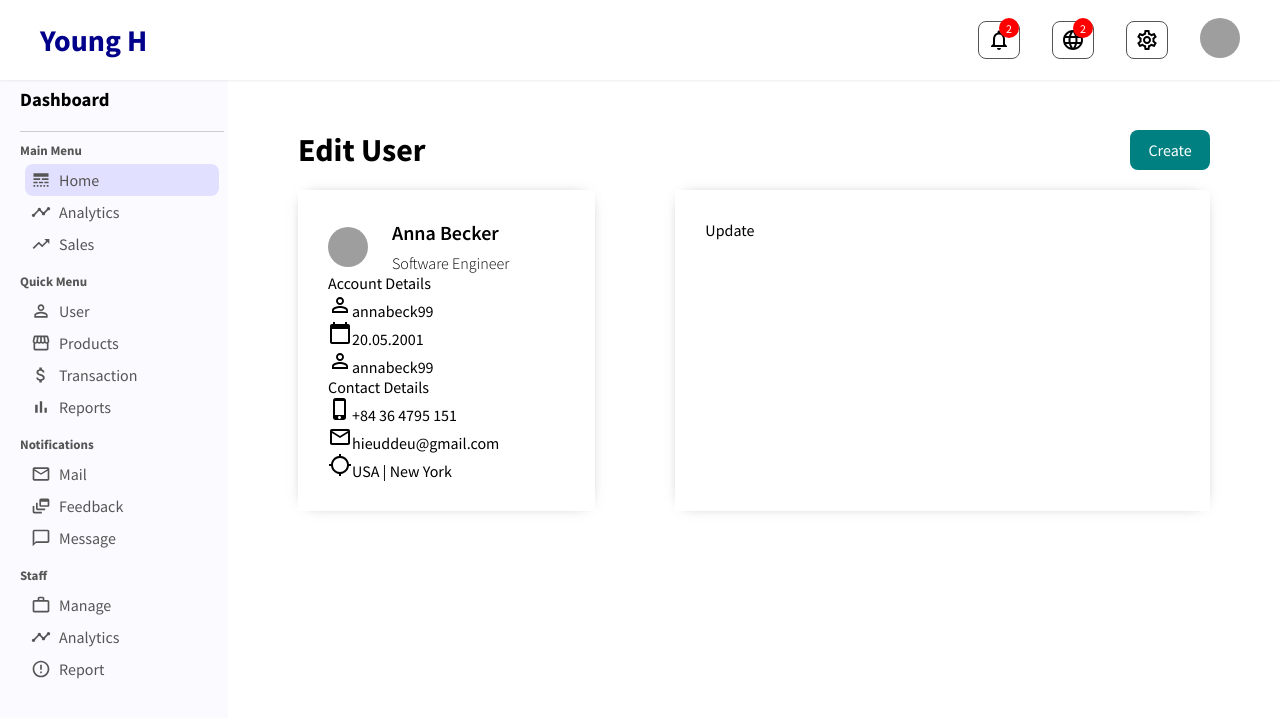
Repository: noname20011/admin
Page: /user/1
These files come from the project's save history. The page is drawn as it stood at one moment and after a run of saves; the edit follows.
The browser window is 1280 px wide. The pictures show the whole page.
Pictures or frames that could not be fetched are drawn as grey boxes. The project was rebuilt for these pictures with package versions that can differ from the ones it lists, and the page was loaded fresh each time. Also part of the build but not shown: src/pages/home/home.css, src/comopnents/featureInfo/feature.css, src/comopnents/featureInfo/Feature.jsx, src/comopnents/chart/chart.css, src/comopnents/chart/Chart.jsx, src/comopnents/widgetSm/widgetSm.css, src/comopnents/widgetSm/WidgetSm.jsx, src/comopnents/widgetLg/widgetLg.css and 5 more.

Above is the page before, as saved 2021-11-14 14:16:15.

### public/index.html
<!DOCTYPE html>
<html lang="en">
  <head>
    <meta charset="utf-8" />
    <meta name="viewport" content="width=device-width, initial-scale=1" />
    <meta name="theme-color" content="#000000" />
    <meta
      name="description"
      content="Web site created using create-react-app"
    />
    <!-- GOOGLE FONTS -->
    <link href="https://fonts.googleapis.com/css2?family=Source+Sans+Pro:wght@200;300;400;600;700;900&display=swap" rel="stylesheet">
    <style>
      * {
        font-family: 'Source Sans Pro', sans-serif;
        padding: 0;
        margin: 0;
      }
    </style>
    <title>React Admin App</title>
  </head>
  <body>
    <div id="root"></div>
  </body>
</html>

### src/App.js
import Topbar from "./comopnents/topbar/Topbar";
import Sidebar from "./comopnents/sidebar/Sidebar";
import Home from "./pages/home/Home.jsx"
import UserList from "./pages/userList/UserList";
import User from "./pages/user/User";
import './app.css'

import {BrowserRouter as Router, Routes , Route} from "react-router-dom"
function App() {
  return (
    <div>
      <Router>
        <Topbar/>
        <div className="container">
          <Sidebar/>
          <Routes >
            <Route path="/" exact element={<Home/>}/>
            <Route path="/users" exact element={<UserList/>}/>
            <Route path="/user/:userId" exact element={<User/>}/>
          </Routes>
        </div>
      </Router>
    </div>
  );
}

export default App;

### src/comopnents/topbar/Topbar.jsx
import React from 'react'
import './topbar.css'

import { Language, NotificationsNone, SettingsOutlined  } from '@material-ui/icons'

export default function Topbar() {
    return (
        <div className="topbar">
            <div className="topbarWrapper">
                <div className="topLeft">
                    <div className="logo">Young H</div>
                </div>
                <div className="topRight">
                    <div className="topbarIconContainer">
                        <NotificationsNone/>
                        <div className="topIconsBadge">2</div>
                    </div>
                    <div className="topbarIconContainer">
                        <Language/>
                        <div className="topIconsBadge">2</div>
                    </div>
                    <div className="topbarIconContainer">
                        <SettingsOutlined/>
                    </div>
                    <div>
                        <img src="https://images.pexels.com/photos/1526814/pexels-photo-1526814.jpeg?auto=compress&cs=tinysrgb&dpr=2&w=500" alt="admin" className="topAvatar"/>
                    </div>
                </div>
            </div>
        </div>
    )
}

### src/comopnents/sidebar/Sidebar.jsx
import { AttachMoney, BarChart, ChatBubbleOutline, DynamicFeed, ErrorOutline, LineStyle, MailOutlined, PersonOutline, Storefront, Timeline, TrendingUp,  WorkOutlineOutlined } from '@material-ui/icons'
import React from 'react'
import "./sidebar.css"
export default function Sidebar() {
    return (
        <div className="sidebar">
            <div className="sidebarWrapper">
                <h3 className="sidebarTitle">Dashboard</h3>
                <div className="sidebarMenu">
                    <h4 className="sidebarMenuTitle">Main Menu</h4>
                    <ul className="sidebarLists">
                        <li className="sidebarListItem active">
                            <LineStyle className="sidebarIcon"/>
                            Home
                        </li>
                        <li className="sidebarListItem">
                            <Timeline className="sidebarIcon"/>
                            Analytics
                        </li>
                        <li className="sidebarListItem">
                            <TrendingUp className="sidebarIcon"/>
                            Sales
                        </li>
                    </ul>
                </div>
                <div className="sidebarMenu">
                    <h4 className="sidebarMenuTitle">Quick Menu</h4>
                    <ul className="sidebarLists">
                        <li className="sidebarListItem">
                            <PersonOutline className="sidebarIcon"/>
                            User
                        </li>
                        <li className="sidebarListItem">
                            <Storefront className="sidebarIcon"/>
                            Products
                        </li>
                        <li className="sidebarListItem">
                            <AttachMoney className="sidebarIcon"/>
                            Transaction
                        </li>
                        <li className="sidebarListItem">
                            <BarChart className="sidebarIcon"/>
                            Reports
                        </li>
                    </ul>
                </div>
                <div className="sidebarMenu">
                    <h4 className="sidebarMenuTitle">Notifications</h4>
                    <ul className="sidebarLists">
                        <li className="sidebarListItem">
                            <MailOutlined className="sidebarIcon"/>
                            Mail
                        </li>
                        <li className="sidebarListItem">
                            <DynamicFeed className="sidebarIcon"/>
                            Feedback
                        </li>
                        <li className="sidebarListItem">
                            <ChatBubbleOutline className="sidebarIcon"/>
                            Message
                        </li>
                    </ul>
                </div>
                <div className="sidebarMenu">
                    <h4 className="sidebarMenuTitle">Staff</h4>
                    <ul className="sidebarLists">
                        <li className="sidebarListItem">
                            <WorkOutlineOutlined className="sidebarIcon"/>
                            Manage
                        </li>
                        <li className="sidebarListItem">
                            <Timeline className="sidebarIcon"/>
                            Analytics
                        </li>
                        <li className="sidebarListItem">
                            <ErrorOutline className="sidebarIcon"/>
                            Report
                        </li>
                    </ul>
                </div>
            </div>
        </div>
    )
}

### src/pages/user/User.jsx
import { CalendarToday, LocationSearching, MailOutline, PersonOutline, PhoneIphone } from "@material-ui/icons"
import "./user.css"

export default function User() {
    return (
        <div className="user">
            <div className="userTitleContainer">
                <h1 className="useTitle">Edit User</h1>
                <button className="userAddBtn">
                    Create
                </button>
            </div>
            <div className="userContainer">
                <div className="userShow">
                    <div className="userShowTop">
                        <img src="https://images.pexels.com/photos/1152994/pexels-photo-1152994.jpeg?auto=compress&cs=tinysrgb&dpr=2&w=500" alt="" className="userShowImg" />
                        <div className="userShowTopInfo">
                            <span className="userShowName">Anna Becker</span>
                            <span className="userShowJob">Software Engineer</span>
                        </div>
                    </div>
                    <div className="userShowBottom">
                        <span className="userShowTitle">Account Details</span>
                        <div className="userShowBottomInfo">
                            <PersonOutline/>
                            <span className="userShowInfo">annabeck99</span>
                        </div>
                        <div className="userShowBottomInfo">
                            <CalendarToday/>
                            <span className="userShowInfo">20.05.2001</span>
                        </div>
                        <div className="userShowBottomInfo">
                            <PersonOutline/>
                            <span className="userShowInfo">annabeck99</span>
                        </div>
                        <span className="userShowTitle">Contact Details</span>
                        <div className="userShowBottomInfo">
                            <PhoneIphone/>
                            <span className="userShowInfo">+84 36 4795 151</span>
                        </div>
                        <div className="userShowBottomInfo">
                            <MailOutline/>
                            <span className="userShowInfo">hieuddeu@gmail.com</span>
                        </div>
                        <div className="userShowBottomInfo">
                            <LocationSearching/>
                            <span className="userShowInfo">USA | New York</span>
                        </div>
                    </div>
                </div>
                <div className="userUpdate">
                    Update
                </div>
            </div>
        </div>
    )
}

### src/app.css
ul, li {
    list-style: none;
}

a {
    text-decoration: none;
}

.container {
    display: flex;
}

.other {
    flex: 4;
}

button, input {
    border: none;
    outline: none;
}

### src/comopnents/topbar/topbar.css
.topbar {
    width: 100%;
    height: 80px;
    background: #fff;
    box-shadow: 0 .5px 2px rgba(0, 0, 0, 0.07);

    position: sticky;
    top: 0;
    z-index: 1000;
}

.topbarWrapper {
    height: 100%;
    padding: 0 40px;
    display: flex;
    justify-content: space-between;
    align-items: center;
}

.logo {
    font-weight: bold;
    font-size: 30px;
    color: darkblue;
    cursor: pointer;
}

.topRight {
    display: flex;
    align-items: center;
    column-gap: 2rem;
}
.topbarIconContainer {
    position: relative;
    cursor: pointer;
    width: 40px;
    height: 36px;
    border: 1px solid #555;
    border-radius: .5rem;
    display: flex;
    align-items: center;
    justify-content: center;
}

.topbarIconContainer:hover {
    background-color: rgb(248, 246, 246);
}

.topIconsBadge {
    font-size: 12px;
    position: absolute;
    top: -4px;
    right: 0px;

    width: 20px;
    height: 20px;
    background-color: red;
    color: #fff;
    border-radius: 50%;

    display: flex;
    place-content: center;
    place-items: center;
}

.topAvatar {
    width: 40px;
    height: 40px;
    object-fit: cover;
    border-radius: 50%;
    cursor: pointer;
}

### src/comopnents/sidebar/sidebar.css
.sidebar {
    flex: 1;
    background-color: rgb(251, 251, 255);
    position: sticky;
    top: 80px;
    height: calc(100vh - 80px);
}

.sidebarWrapper {
    padding: 8px 4px 0 20px;
}

.sidebarTitle {
    padding-bottom: 20px;
    margin-bottom: 10px;
    border-bottom: 1px solid #ccc;
}

.sidebarMenu {
    margin-bottom: 8px;
}

.sidebarMenuTitle {
    color: #555;
    font-size: 13px;
}

.sidebarLists {
    padding: 5px;
}

.sidebarListItem {
    display: flex;
    align-items: center;
    column-gap: .5rem;

    padding: 6px;
    color: #555;
    cursor: pointer;
    border-radius: .5rem;
}

.sidebarListItem.active,
.sidebarListItem:hover {
    background-color: rgb(225, 225, 255);
}

.sidebarIcon {
    font-size: 20px!important;
}

### src/pages/user/user.css
.user {
    flex: 4;
    margin: 20px 40px;
    padding: 30px;
}

.userTitleContainer {
    display: flex;
    justify-content: space-between;
}

.userAddBtn {
    width: 80px;
    border-radius: .5rem;
    background-color: teal;
    padding: 5px;

    color: #fff;
    font-size: 16px;
    cursor: pointer;

}
.userContainer {
    display: flex;
    justify-content: space-between;
    column-gap: 5rem;
}
.userShow {
    flex: 1;
    margin: 20px 0;
    padding: 30px;
    -webkit-box-shadow: 0px 0px 15px -10px rgba(0, 0, 0, 0.75);
    box-shadow: 0px 0px 15px -10px rgba(0, 0, 0, 0.75);
}

.userShowTop {
    display: flex;
    column-gap: 1.5rem;
    align-items: center;
}

.userShowTopInfo {
    display: flex;
    flex-direction: column;
    row-gap: .5rem;
}

.userShowName {
    font-size: 20px;
    font-weight: 600;
}

.userShowJob {
    font-size: 16px;
    font-weight: 300;
}
.userShowImg {
    width: 40px;
    height: 40px;
    border-radius: 50%;
    object-fit: cover;
}
.userShowBottom {
}

.userUpdate {
    flex: 2;
    margin: 20px 0;
    padding: 30px;
    -webkit-box-shadow: 0px 0px 15px -10px rgba(0, 0, 0, 0.75);
    box-shadow: 0px 0px 15px -10px rgba(0, 0, 0, 0.75);
}

Loaded but not shown: src/index.js (common file)

After the next 2 saves:
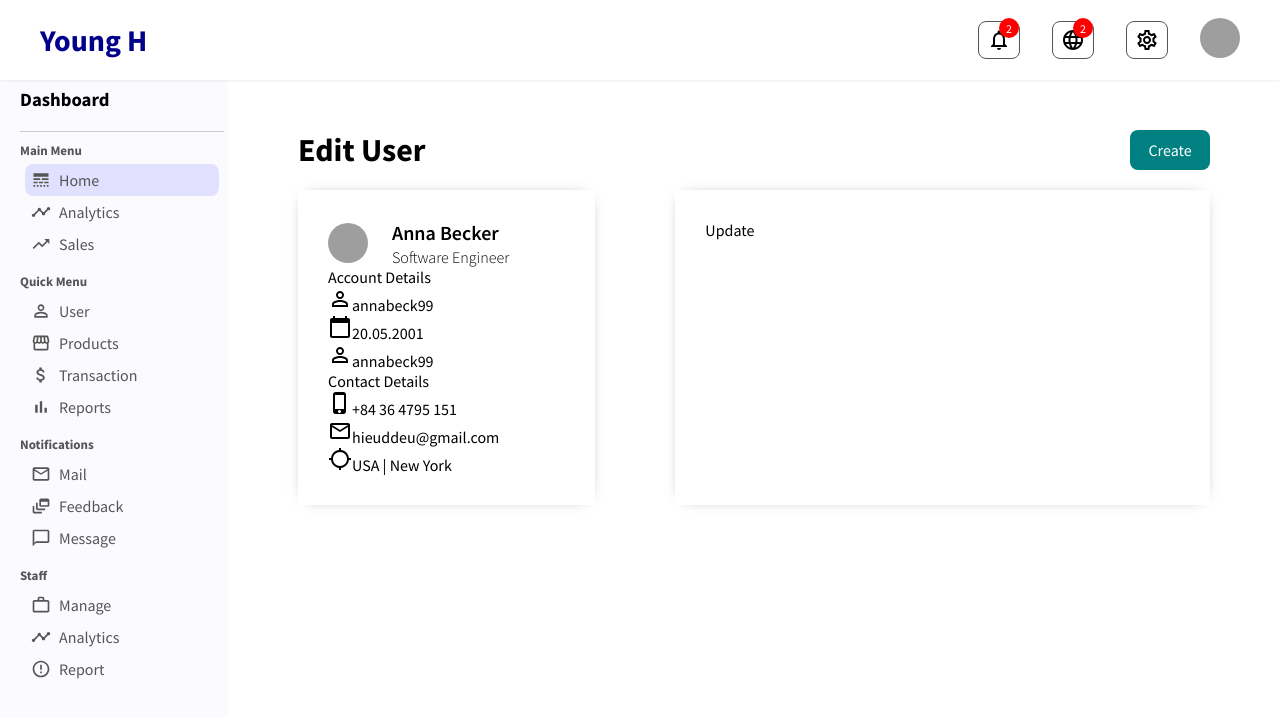
The 2 saves are shown as one change because they came seconds apart.
The last was saved 8 s later.
--- a/src/pages/user/user.css
+++ b/src/pages/user/user.css
@@ -42,7 +42,7 @@
 .userShowTopInfo {
     display: flex;
     flex-direction: column;
-    row-gap: .5rem;
+    row-gap: .1rem;
 }
 
 .userShowName {
